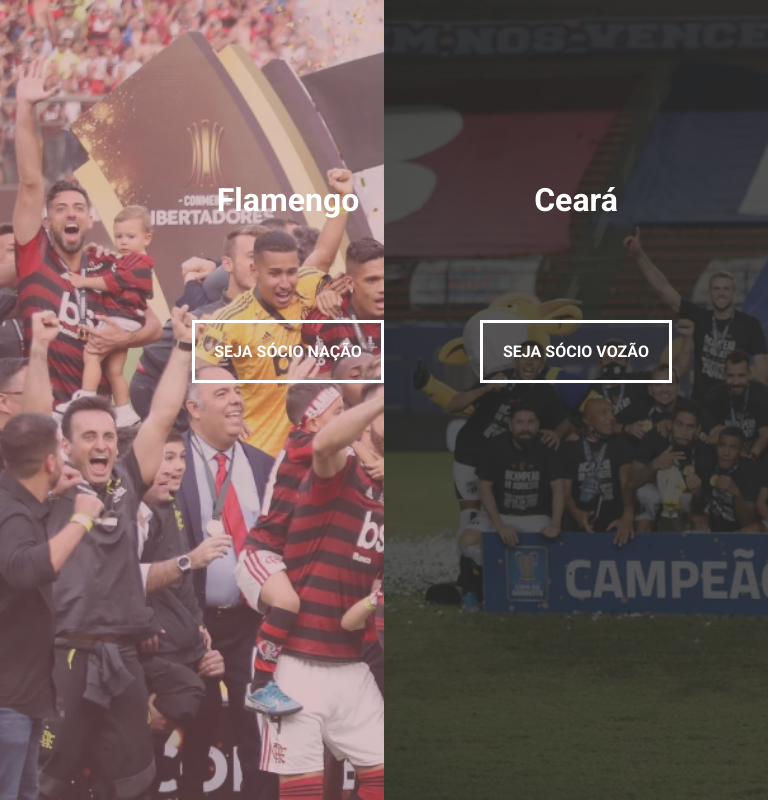
Repository: Williamlmachado/Divis-o-de-P-gina
Page: index.html
These files come from the project's save history. The page is drawn as it stood at one moment and after a run of saves; the edit follows.
The browser window is 768 px wide. The pictures show the whole page.

Above is the page before, as saved 2021-08-17 10:31:56.

### index.html
<!DOCTYPE html>
<html lang="en">
  <head>
    <meta charset="UTF-8" />
    <meta name="viewport" content="width=device-width, initial-scale=1.0" />
    <link rel="stylesheet" href="style.css" />
    <title>Split Landing Page
    </title>
  </head>
  <body>
      <div class="container hover-left">
          <div class="split left">
              <h1>Flamengo</h1>
              <a href="#" class="btn">Seja Sócio Nação</a>
          </div>
          <div class="split right">
            <h1>Ceará</h1>
            <a href="#" class="btn">Seja Sócio Vozão</a>
        </div>
      </div>
      <script src="script.js"></script>
  </body>
</html>

### style.css
@import url('https://fonts.googleapis.com/css2?family=Roboto:wght@400;700&display=swap');

:root {
  --left-bg-color: rgba(173, 117, 122, 0.466);
  --right-bg-color: rgba(43, 43, 43, 0.8);
  --left-btn-hover-color: rgba(218, 27, 27, 0.507);
  --right-btn-hover-color: rgba(12, 11, 11, 0.548);
  --hover-width: 75%;
  --other-width: 25%;
  --speed: 1000ms;
}

* {
  box-sizing: border-box;
}

body {
  font-family: 'Roboto', sans-serif;
  height: 100vh;
  overflow: hidden;
  margin: 0;
}
h1{
 font-size: 4rem;
 color: #fff;
 position: absolute;
 left: 50%;
 top:20%;
 transform: translateX(-50%);
 white-space: nowrap;
}
.btn {
    position: absolute;
    display: flex;
    align-items: center;
    justify-content: center;
    left: 50%;
    top: 40%;
    transform: translateX(-50%);
    text-decoration: none;
    color: #fff;
    border: #fff solid 0.2rem;
    font-size: 1rem;
    font-weight: bold;
    text-transform: uppercase;
    width: 15rem;
    padding: 1.5rem;
  }
.split.left .btn:hover{
    background-color: var(--left-btn-hover-color);
    border-color: var(--left-btn-hover-color);
}
.split.right .btn:hover{
    background-color: var(--right-btn-hover-color);
    border-color: var(--right-btn-hover-color);
}
.container {
    position: relative;
    width: 100%;
    height: 100%;
    background: #333;
  }

  .split {
    position: absolute;
    width: 50%;
    height: 100%;
    overflow: hidden;
  }
.split.left{
    left:0;
    background: url('flamengo-v-river-plate-copa-conmebol-libertadores-2019-5dd9bc78727cd99309000001.webp');
    background-repeat: no-repeat;
    background-size: cover;

}
.split.left::before{
    content: '';
    position: absolute;
    width: 100%;
    height: 100%;
    background-color: var(--left-bg-color);
}
.split.right{
    right: 0;
    background: url('img-9633.webp');
    background-repeat: no-repeat;
    background-size: cover;
}
.split.right::before{
    content: '';
    position: absolute;
    width: 100%;
    height: 100%;
    background-color: var(--right-bg-color);
}
.split.right,
.split.left,
.split.right::before,
.split.left::before {
  transition: all var(--speed) ease-in-out;
}
.hover-left .left{
    width: var(--hover-width);
}
.hover-left .rigth{
    width: var(--other-width);
}
.hover-right .left{
    width: var(--hover-width);
}
.hover-rght .left{
    width: var(--other-width);
}
@media(max-width: 800px){
    h1{
        font-size: 2rem;
    }
    .btn{
        padding:1.2rem;
        width: 12rem;

    }
}

Loaded but not shown: script.js (common file)

After the next 4 saves:
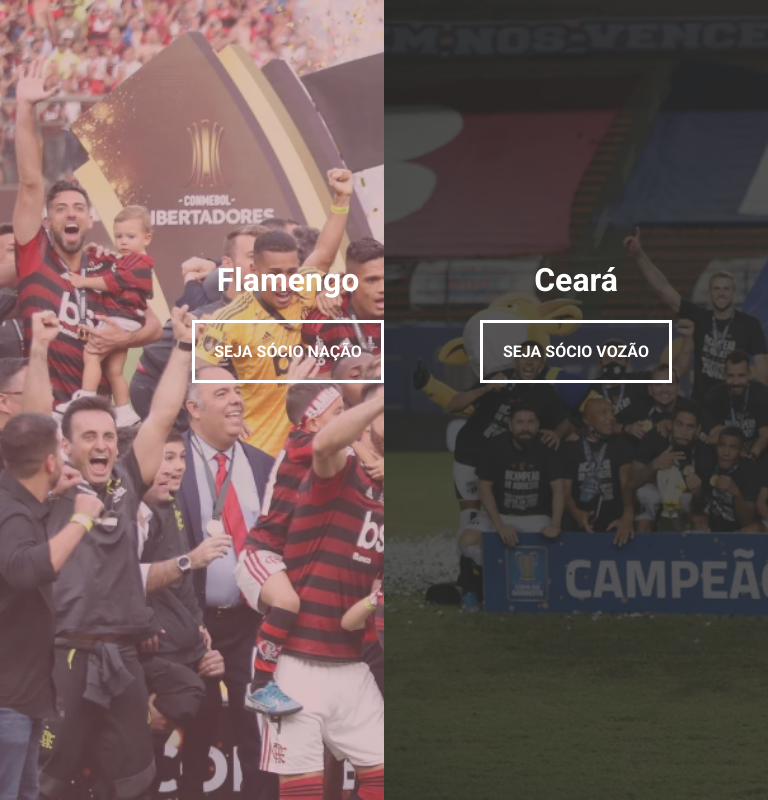
The 4 saves are shown as one change because they came seconds apart.
The last was saved 13 s later.
--- a/style.css
+++ b/style.css
@@ -115,6 +115,7 @@
 @media(max-width: 800px){
     h1{
         font-size: 2rem;
+        top:30%;
     }
     .btn{
         padding:1.2rem;
